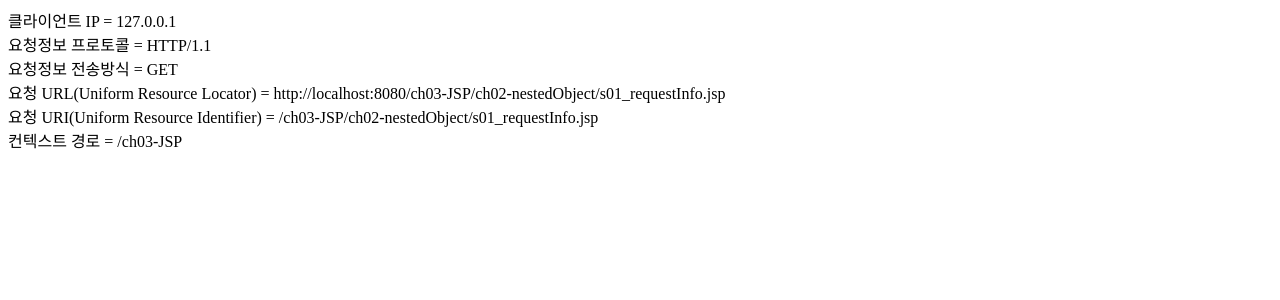
Repository: yuntaekOhO/SY_Academy_Study
Page: http://localhost/ch03-JSP/ch02-nestedObject/s01_requestInfo.jsp
These files come from the project's save history. The page is drawn as it stood at one moment and after the next save; the edit follows.
The browser window is 1280 px wide. The pictures show the whole page.
The page is served by Tomcat 9. Other server files are loaded and not shown.

Above is the page before, as saved 2022-06-24 05:31:13.

### workspace_jsp/ch03-JSP/src/main/webapp/ch02-nestedObject/s01_requestInfo.jsp
<%@ page language="java" contentType="text/html; charset=UTF-8"
    pageEncoding="UTF-8"%>
<!DOCTYPE html>
<html>
<head>
<meta charset="UTF-8">
<title>클라이언트 및 서버 정보</title>
</head>
<body>
클라이언트 IP = <%= request.getRemoteAddr() %><br>
요청정보 프로토콜 = <%= request.getProtocol() %><br>
<!-- GET / POST -->
요청정보 전송방식 = <%= request.getMethod() %><br>
<!-- 전체주소 : 서버 밖에서 요청할때 사용, 프로토콜부터 현재 페이지까지-->
요청 URL(Uniform Resource Locator) = <%= request.getRequestURL() %><br>
<!-- Context(프로젝트)명부터 현재 페이지까지의 주소, 같은 서버내에서 요청할때 사용-->
요청 URI(Uniform Resource Identifier) = <%= request.getRequestURI() %><br>
<!-- /컨텍스트 경로 , /프로젝트이름 -->
컨텍스트 경로 = <%= request.getContextPath()%> <br>

</body>
</html>

After the next save:
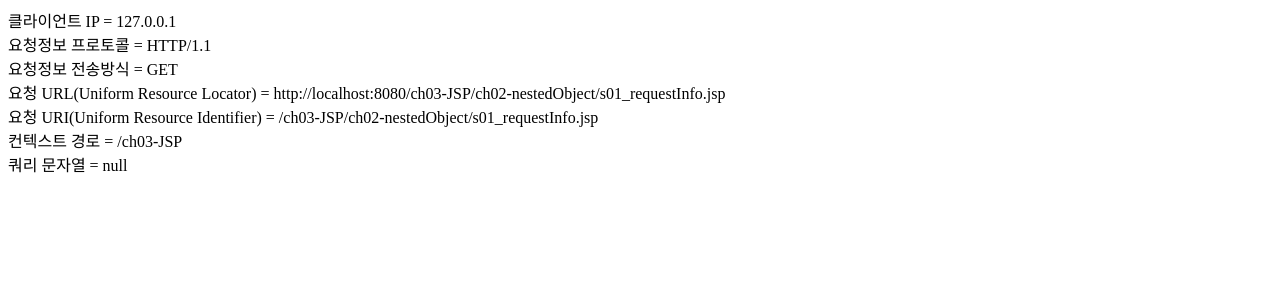
Saved 79 s later.
--- a/workspace_jsp/ch03-JSP/src/main/webapp/ch02-nestedObject/s01_requestInfo.jsp
+++ b/workspace_jsp/ch03-JSP/src/main/webapp/ch02-nestedObject/s01_requestInfo.jsp
@@ -18,5 +18,7 @@
 <!-- /컨텍스트 경로 , /프로젝트이름 -->
 컨텍스트 경로 = <%= request.getContextPath()%> <br>
 
+쿼리 문자열 = <%= request.getQueryString() %><br>
+
 </body>
 </html>
